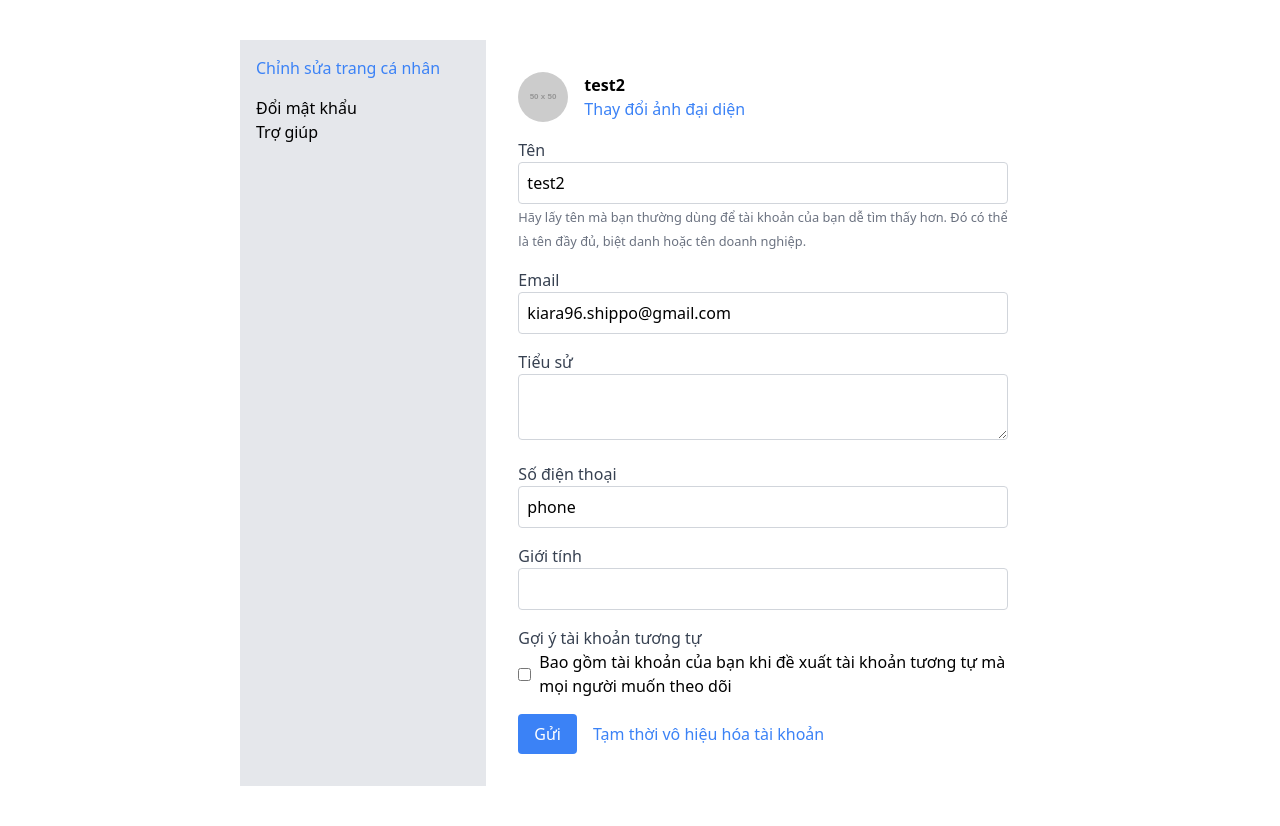
Repository: DangNgocDuong250903/2425_CS445AC_NHOM1
Page: /update_user (app in social_fe/)
These files come from the project's save history. The page is drawn as it stood at one moment and after a run of saves; the edit follows.
The browser window is 1280 px wide. The pictures show the whole page.
The project was rebuilt for these pictures with package versions that can differ from the ones it lists, and the page was loaded fresh each time. Also part of the build but not shown: social_fe/vite.config.js, social_fe/src/components/Button/index.jsx, social_fe/src/assets/index.js, social_fe/src/components/FriendCard/index.jsx, social_fe/src/components/Loading/index.jsx, social_fe/src/components/PostCard/index.jsx, social_fe/src/components/ProfileCard/index.jsx, social_fe/src/components/TextInput/index.jsx and 8 more.

Above is the page before, as saved 2024-11-05 10:52:35.

After the next 3 saves:
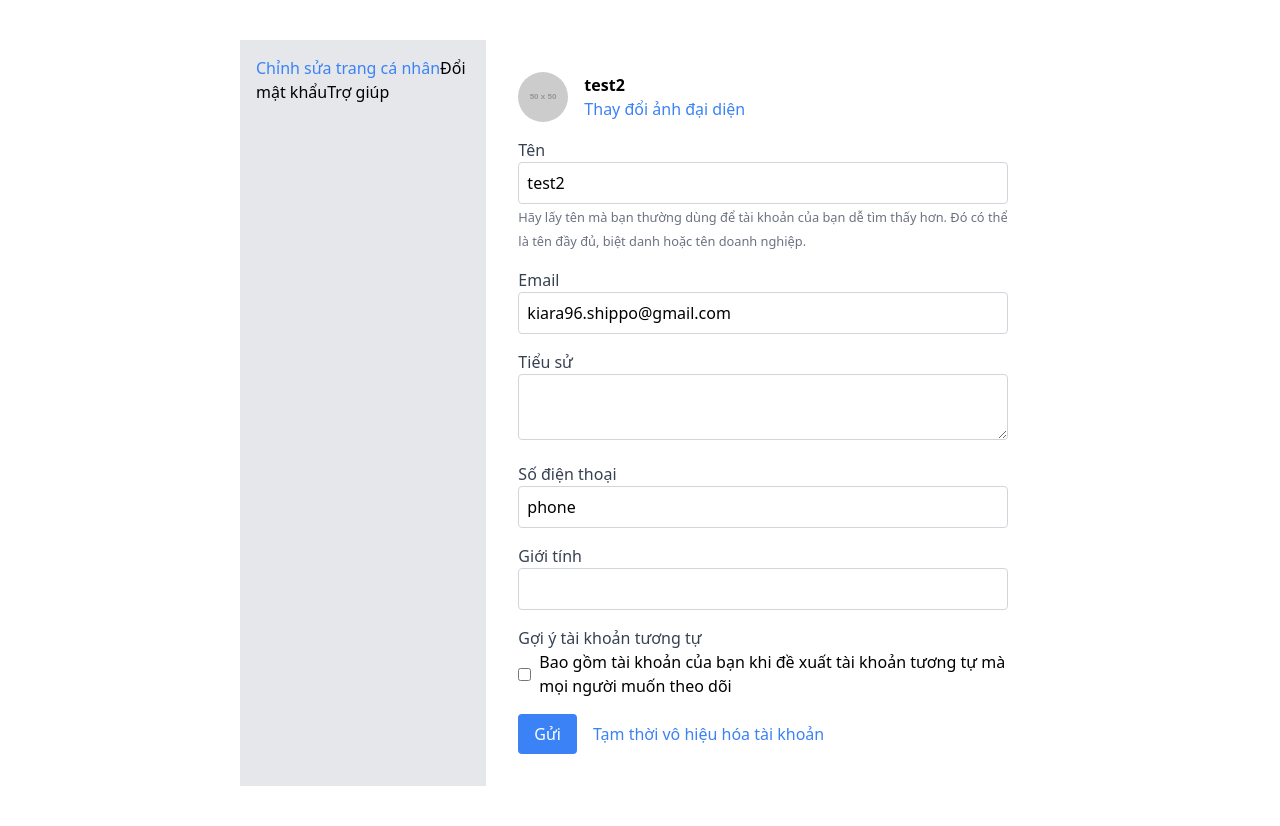
The 3 saves are shown as one change because they came seconds apart.
The last was saved 10 s later.
--- a/social_fe/src/pages/ProfilePage/updateUser.jsx
+++ b/social_fe/src/pages/ProfilePage/updateUser.jsx
@@ -6,9 +6,9 @@ const UpdateUser = () => {
         <div className="flex w-[800px] mx-auto pt-10 pb-10">
             <div className="w-1/3 p-4 bg-gray-200">
                 <ul>
-                    <li className="mb-4"><a href="#" className="text-blue-500">Chỉnh sửa trang cá nhân</a></li>
+                    <Link className="mb-4"><a href="#" className="text-blue-500">Chỉnh sửa trang cá nhân</a></Link>
                     <Link className="mb-4"><a href="#">Đổi mật khẩu</a></Link>
-                    <li className="mb-4"><a href="#">Trợ giúp</a></li>
+                    <Link className="mb-4"><a href="#">Trợ giúp</a></Link>
                 </ul>
             </div>
             <div className="w-3/4 p-8">
